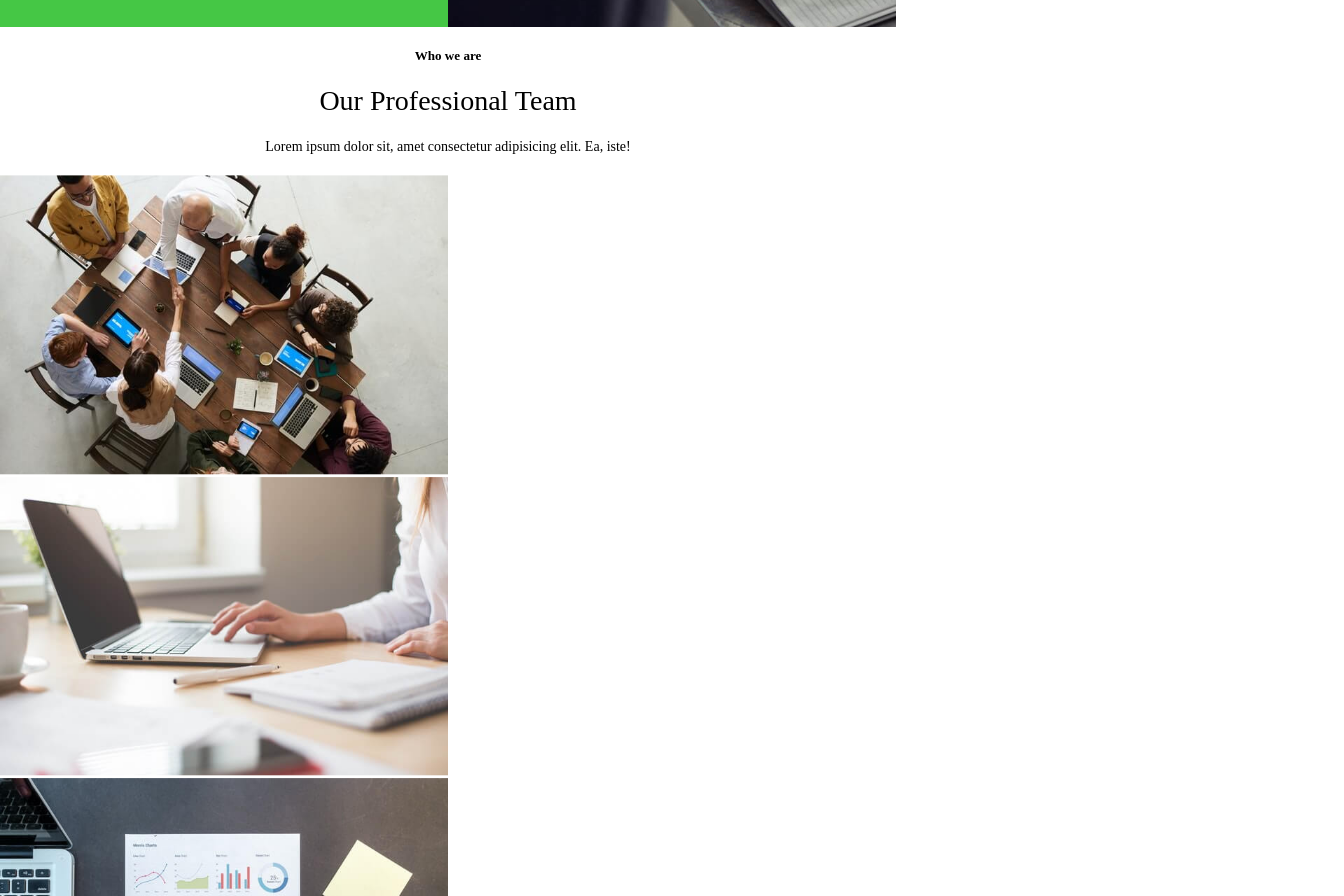
Repository: reemoon-ctrl/swiftdisk-Website-Flexbox
Page: index.html
These files come from the project's save history. The page is drawn as it stood at one moment and after a run of saves; the edit follows.
The browser window is 1280 px wide. The page is 1280 px wide, then 1920 px, so the pictures cover 1920 px, including what lies to the right of the window. The pictures show the part of the page from y = 2272 to 3552 px (the page is 3810 px tall before and 2949 px after), at 70% of full size.

Above is the page before, as saved 2024-07-27 09:57:02.

### index.html
<!DOCTYPE html>
<html lang="en">
<head>
    <meta charset="UTF-8">
    <meta name="viewport" content="width=device-width, initial-scale=1.0">
    <title>
        Swift Desk
    </title>
    <link rel="stylesheet" href="https://cdnjs.cloudflare.com/ajax/libs/font-awesome/6.0.0-beta3/css/all.min.css">

    <link rel="stylesheet" href="index.css">
</head>
<body>
    <div class="show-case">
        <header>
            <div class="nav-bar">
                <div class="title-bar">
                    <i class="fas fa-desktop fa-2x" style="color: rgb(37, 187, 37)"></i>
                    <h1 class="title"><span class="fword"> Swift</span>Desk</h1>
                </div>
                <div class="link-bar">
                    <a href="">Home</a>
                    <a href="#about">About</a>
                    <a href="">Cases</a>
                    <a href="">Blog</a>
                    <a href="">Contact</a>
                </div>
            </div>
        </header>
        <header class="hd-content">
            <h1>The Sky Is The Limit</h1>
            <p>We provide world class financial assistance
            </p>
            <a href="">>Read More</a>

        </header>

    </div>
    <main>
        <div class="about-section">
            <ul id="about"class="about-srvice" >
                <li><i class="fas fa-university " ></i>
                    <h3>Portfolio Manager</h3>
                    <p>Lorem ipsum dolor sit, amet consectetur adipisicing elit. Voluptate, voluptas!</p>
                </li>
                <li><i class="fas fa-book-open-reader " ></i>
                    <h3>Portfolio Manager</h3>
                    <p>Lorem ipsum dolor sit, amet consectetur adipisicing elit. Voluptate, voluptas!</p></li>
                <li><i class="fas fa-pen-fancy " ></i>
                    <h3>Tax&Custodial</h3>
                    <p>Lorem ipsum dolor sit, amet consectetur adipisicing elit. Voluptate, voluptas!</p></li>
            </ul>
        </div>
        <div>
            <div class="solutions">
                <div class="img"></div>
                <div class="solution-content">
                    <h3>What you are looking for</h3>
                    <h2>We provide bespoke solutions</h2>
                    <p>Lorem ipsum dolor sit amet consectetur
                        adipisicing elit. Mollitia nulla vitae aliquid voluptates placeat! Rem voluptatibus odit error labore! Nostrum, fuga tenetur. Doloribus, voluptas! Sed
                        fugiat explicabo perspiciatis velit ad?</p>
                    <a href="index.html">Read More</a>
                 </div>
            </div>
        </div>
        <div class="Business-case">
            <div class="Business-case-content">
                <h3>This is what we do</h3>
                <h2>Business Cases</h2>
                <p>Lorem ipsum dolor sit, amet consectetur
                     adipisicing elit. Ea, iste!</p>
            </div>
            <div class="BC-image">
                <img class="BCimg BCimg1" src="/img/cases/cases1.jpg" alt="">
                <img  class="BCimg BCimg2" src="/img/cases/cases2.jpg" alt="">
                <img class="BCimg BCimg3" src="/img/cases/cases3.jpg" alt="">
                <img class="BCimg BCimg4" src="/img/cases/cases4.jpg" alt="">
                <img class="BCimg BCimg5" src="/img/cases/cases5.jpg" alt="">
                <img class="BCimg BCimg6" src="/img/cases/cases6.jpg" alt="">
                <img class="BCimg BCimg7" src="/img/cases/cases7.jpg" alt="">
                <img class="BCimg BCimg8" src="/img/cases/cases8.jpg" alt="">
            </div>
        </div>

        <div>
            <div class="blog">
                <div class="img"></div>
                <div class="blog-content">
                    <h3>April 16 2020</h3>
                    <h2>Blog Post One</h2>
                    <p>Lorem ipsum dolor sit amet consectetur
                        adipisicing elit. Mollitia nulla vitae aliquid voluptates placeat! Rem voluptatibus odit error labore! Nostrum, fuga tenetur. Doloribus, voluptas! Sed
                        fugiat explicabo perspiciatis velit ad?</p>
                    <a href="index.html">Read Our Blog</a>
                 </div>
            </div>
        </div>
        <div class="Business-case">
            <div class="Business-case-content">
                <h3>Who we are</h3>
                <h2>Our Professional Team</h2>
                <p>Lorem ipsum dolor sit, amet consectetur
                     adipisicing elit. Ea, iste!</p>
            </div>
            <div class="team-image">
                <img class="tmimg tm-img1" src="/img/cases/cases1.jpg" alt="">
                <img  class="tmimg tm-img2" src="/img/cases/cases2.jpg" alt="">
                <img class="tmimg tm-img3" src="/img/cases/cases3.jpg" alt="">

            </div>
        </div>

    </main>


</body>
</html>

### index.css
*{
    box-sizing: border-box;
    margin: 0;
    padding: 0;
}
body{

}
.nav-bar{
    display: flex;
    justify-content:space-between ;
    padding: 10px 20px;
    color:#fff;




}
.title-bar{
    align-items: center;
    flex-grow: 1;
    display: flex;
    gap:.5rem;


}
.title-bar h1{
    display:inline-block;
    font-size:2.5rem;
    font-weight: 400;
}

.link-bar{

    /* flex-grow:1 ; */
    align-self: center;
    display: flex;
}
.link-bar a{
    padding: 10px 20px;
    color:#fff;
    text-decoration: none;


}
.link-bar a:hover{
    border-bottom: 1px #25bb25 solid;
}
.fword{
    color:#25bb25;
}
.show-case{
   height:100vh;
   text-align: center;
   color:#fff;

   background:  url('img/home/showcase.jpg') no-repeat center center/cover ;
}
.hd-content{
    padding-top: 18rem;
}
.hd-content h1{
    font-size: 3rem;
}
.hd-content p{
    font-size: 1.5rem;
    padding-top: .8rem;
    padding-bottom: .8rem;
}
.hd-content a{
    color: #fff;
    background:#45c745 ;
    padding: 10px 30px;
    border-radius: 5px;
    text-decoration: none;
    text-align: center;
}
.about-section ul{
    display: flex;
    list-style: none;
    gap: 20px;

}
.about-srvice{
    padding: 50px ;
}
.about-srvice li{
    text-align: center;
}
.about-srvice li i{
    background-color: rgb(69, 199, 69);
    color:#fff;
    width:70px;
    height: 70px;
    border-radius: 70px;
    font-size: 40px;
    padding-top:15px ;


}
.about-srvice li h3{
    padding-top: 20px;
}
.about-srvice li p{
    padding-top: 20px;
    font-size: 20px;
    color: dimgrey;
}

.solutions{
    display:flex;
    background: #45c745;

}
.img{
    width:50%;
    background: url('/img/home/people.jpg') center center/cover no-repeat;

}
.solution-content{
    color:#fff;
    padding:20px 30px;
}
.solution-content{
    height:25rem;
    width: 50%;
}
.solution-content h2{
    font-size: 40px;
    font-weight: 500;
    padding: 1.5rem 0px;
}
.solution-content p{
    font-size: 20px;
    line-height: 1.3;
    margin-bottom: 20px;
}
.solution-content a{
    padding: 10px 40px;
    border: 1px solid;
    color:#fff;
    text-decoration: none;
    border-radius: 5px;
    font-size: 18px;

}
.Business-case{
    width: 100vw;
}
.Business-case-content{
    text-align: center;
    padding-left: 30px;
    padding-right: 30px;
}
.Business-case-content h3{
    padding: 30px 0px;
}
.Business-case-content h2{
   padding-bottom: 30px;
    font-size: 40px;
    font-weight: 500;
}
.Business-case-content p{
    padding-bottom: 30px;
    font-size: 20px;
}
.BC-image{
    display: grid;
    grid-template-columns:100px 100px 100px 100px ;
   gap: 20px;
   padding: 40px 0px;
}
.BCimg{
    width: 100px;
    height:100px;

}
/* //////////////////////////////////// */
.blog{
    display:flex;
    background: #45c745;
    flex-direction: row-reverse;

}
.img{
    width:50%;
    background: url('/img/home/blog.jpg') center center/cover no-repeat;

}
.blog-content{
    color:#fff;
    padding:20px 30px;
}
.blog-content{
    height:25rem;
    width: 50%;
}
.blog-content h2{
    font-size: 40px;
    font-weight: 500;
    padding: 1.5rem 0px;
}
.blog-content p{
    font-size: 20px;
    line-height: 1.3;
    margin-bottom: 20px;
}
.blog-content a{
    padding: 10px 40px;
    border: 1px solid;
    color:#fff;
    text-decoration: none;
    border-radius: 5px;
    font-size: 18px;

}
.team-image{

}

After the next 2 saves:
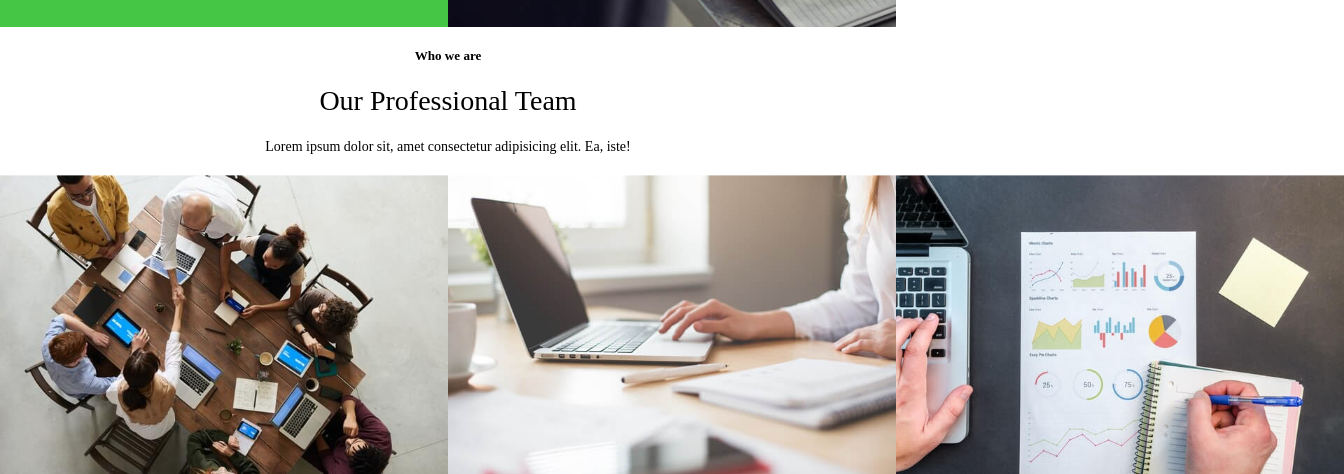
The 2 saves are shown as one change because they came seconds apart.
The last was saved 7 s later.
--- a/index.css
+++ b/index.css
@@ -215,5 +215,5 @@ body{
 
 }
 .team-image{
-
-}
+    display: flex;
+}
